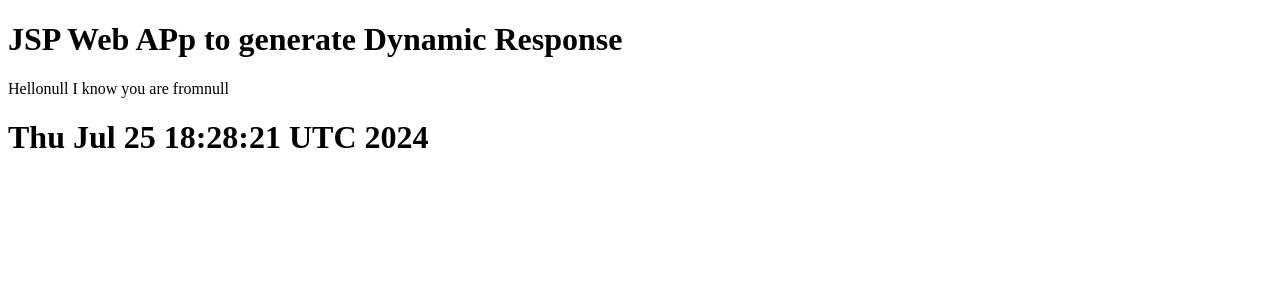
Repository: GOUTHAM9955/Servlet_JSP_JDBC
Page: http://localhost/ServletLauncher6ServletJSP/JspApp.jsp
These files come from the project's save history. The page is drawn as it stood at one moment and after the next save; the edit follows.
The browser window is 1280 px wide. The pictures show the whole page.
The page is served by Tomcat 9.

Above is the page before, as saved 2024-07-25 18:57:50.

After the next save:
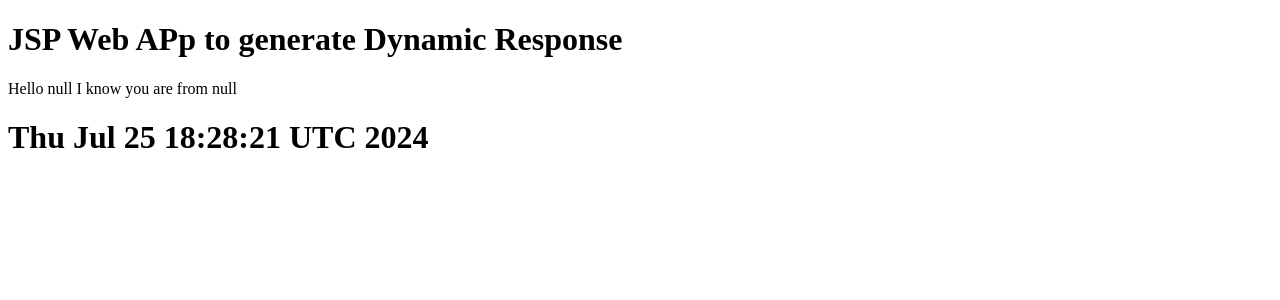
Saved 47 s later.
--- a/ServletLauncher6ServletJSP/src/main/webapp/JspApp.jsp
+++ b/ServletLauncher6ServletJSP/src/main/webapp/JspApp.jsp
@@ -43,8 +43,8 @@ int age =25;
 String city = request.getParameter("ucity");
 String name = request.getParameter("uname");
 Date date = new Date();
-out.println("Hello"+ name);
-out.println("I know you are from" + city);
+out.println("Hello "+ name);
+out.println("I know you are from " + city);
 %>
 
 <h1><%= date %> </h1>
